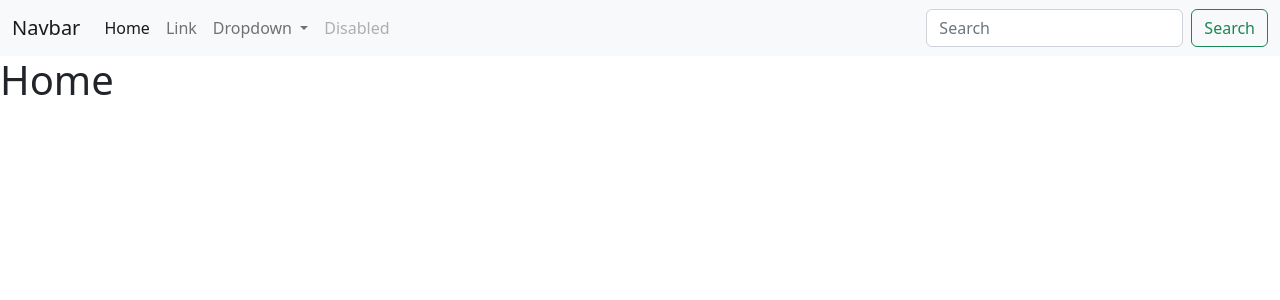
Repository: BlessingAjiboye/WEEK3SECNNN
Page: http://localhost/
An editor plug-in stored every save of this project. The page is shown before and after the next save, followed by the edit.
The browser window is 1280 px wide. The pictures show the whole page.
The page is served by the project's Node server (server.js). Other server files are loaded and not shown.

Above is the page before, as saved 2022-09-22 09:26:22.

### views/index.ejs
<!DOCTYPE html>
<html lang="en">
<head>
  <meta charset="UTF-8">
  <meta http-equiv="X-UA-Compatible" content="IE=edge">
  <meta name="viewport" content="width=device-width, initial-scale=1.0">
  <title><%= title %></title>
  <link rel='stylesheet' href='/Content/app.css' />
  <link rel="stylesheet"href="/bootstrap/dist/css/bootstrap.min.css">
  <link rel="stylesheet"href="/@fortawesome/fontawesome-free/css/all.min.css">
</head>
<body>
  <nav class="navbar navbar-expand-lg bg-light">
    <div class="container-fluid">
      <a class="navbar-brand" href="#">Navbar</a>
      <button class="navbar-toggler" type="button" data-bs-toggle="collapse" data-bs-target="#navbarSupportedContent" aria-controls="navbarSupportedContent" aria-expanded="false" aria-label="Toggle navigation">
        <span class="navbar-toggler-icon"></span>
      </button>
      <div class="collapse navbar-collapse" id="navbarSupportedContent">
        <ul class="navbar-nav me-auto mb-2 mb-lg-0">
          <li class="nav-item">
            <a class="nav-link active" aria-current="page" href="#">Home</a>
          </li>
          <li class="nav-item">
            <a class="nav-link" href="#">Link</a>
          </li>
          <li class="nav-item dropdown">
            <a class="nav-link dropdown-toggle" href="#" role="button" data-bs-toggle="dropdown" aria-expanded="false">
              Dropdown
            </a>
            <ul class="dropdown-menu">
              <li><a class="dropdown-item" href="#">Action</a></li>
              <li><a class="dropdown-item" href="#">Another action</a></li>
              <li><hr class="dropdown-divider"></li>
              <li><a class="dropdown-item" href="#">Something else here</a></li>
            </ul>
          </li>
          <li class="nav-item">
            <a class="nav-link disabled">Disabled</a>
          </li>
        </ul>
        <form class="d-flex" role="search">
          <input class="form-control me-2" type="search" placeholder="Search" aria-label="Search">
          <button class="btn btn-outline-success" type="submit">Search</button>
        </form>
      </div>
    </div>
  </nav>
  <h1><%= title %></h1>

  <script src="/jquery/dist/jquery.min.js"></script>
  <script src="/bootstrap/dist/js/bootstrap.min.js"></script>
  <script src="/Scripts/app.js"></script>
</body>
</html>

### server.js
#!/usr/bin/env node

/**
 * Module dependencies.
 */

var app = require('./app');
var debug = require('debug')('week3sec002n:server');
var http = require('http');

/**
 * Get port from environment and store in Express.
 */

var port = normalizePort(process.env.PORT || '3000');
app.set('port', port);

/**
 * Create HTTP server.
 */

var server = http.createServer(app);

/**
 * Listen on provided port, on all network interfaces.
 */

server.listen(port);
server.on('error', onError);
server.on('listening', onListening);

/**
 * Normalize a port into a number, string, or false.
 */

function normalizePort(val) {
  var port = parseInt(val, 10);

  if (isNaN(port)) {
    // named pipe
    return val;
  }

  if (port >= 0) {
    // port number
    return port;
  }

  return false;
}

/**
 * Event listener for HTTP server "error" event.
 */

function onError(error) {
  if (error.syscall !== 'listen') {
    throw error;
  }

  var bind = typeof port === 'string'
    ? 'Pipe ' + port
    : 'Port ' + port;

  // handle specific listen errors with friendly messages
  switch (error.code) {
    case 'EACCES':
      console.error(bind + ' requires elevated privileges');
      process.exit(1);
      break;
    case 'EADDRINUSE':
      console.error(bind + ' is already in use');
      process.exit(1);
      break;
    default:
      throw error;
  }
}

/**
 * Event listener for HTTP server "listening" event.
 */

function onListening() {
  var addr = server.address();
  var bind = typeof addr === 'string'
    ? 'pipe ' + addr
    : 'port ' + addr.port;
  debug('Listening on ' + bind);
}

### routes/index.js
var express = require('express');
var router = express.Router();

/* GET home page. */
router.get('/', function(req, res, next) {
  res.render('index', { title: 'Home' });
});
router.get('/about', function(req, res, next) {
  res.render('index', { title: 'About' });
});
router.get('/Products', function(req, res, next) {
  res.render('index', { title: 'Products' });
});
router.get('/Services', function(req, res, next) {
  res.render('index', { title: 'Services' });
});
router.get('/Contact', function(req, res, next) {
  res.render('index', { title: 'Contact' });
});

module.exports = router;

### app.js
let createError = require('http-errors');
let express = require('express');
let path = require('path');
let cookieParser = require('cookie-parser');
let logger = require('morgan');

let indexRouter = require('./routes/index');
let usersRouter = require('./routes/users');

let app = express();

// view engine setup
app.set('views', path.join(__dirname, 'views'));
app.set('view engine', 'ejs');

app.use(logger('dev'));
app.use(express.json());
app.use(express.urlencoded({ extended: false }));
app.use(cookieParser());
app.use(express.static(path.join(__dirname, 'public')));
app.use(express.static(path.join(__dirname, 'node_modules')));

app.use('/', indexRouter);
app.use('/users', usersRouter);

// catch 404 and forward to error handler
app.use(function(req, res, next) {
  next(createError(404));
});

// error handler
app.use(function(err, req, res, next) {
  // set locals, only providing error in development
  res.locals.message = err.message;
  res.locals.error = req.app.get('env') === 'development' ? err : {};

  // render the error page
  res.status(err.status || 500);
  res.render('error');
});

module.exports = app;

### public/Content/app.css
/*custom css goes here*/

### public/Scripts/app.js
(function(){
    function start()
    {
        console.log("App started...");
    }
    window.addEventListener("load",start);
})();

After the next save:
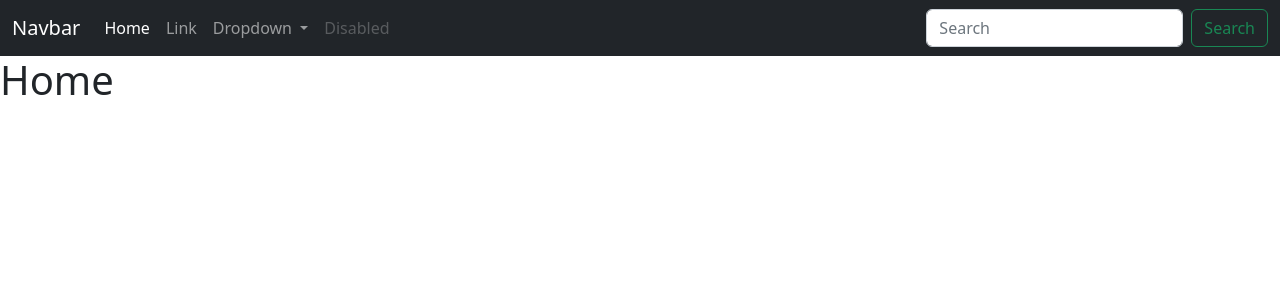
Saved 113 s later.
--- a/views/index.ejs
+++ b/views/index.ejs
@@ -10,7 +10,7 @@
   <link rel="stylesheet"href="/@fortawesome/fontawesome-free/css/all.min.css">
 </head>
 <body>
-  <nav class="navbar navbar-expand-lg bg-light">
+  <nav class="navbar navbar-expand-lg navbar-dark bg-dark">
     <div class="container-fluid">
       <a class="navbar-brand" href="#">Navbar</a>
       <button class="navbar-toggler" type="button" data-bs-toggle="collapse" data-bs-target="#navbarSupportedContent" aria-controls="navbarSupportedContent" aria-expanded="false" aria-label="Toggle navigation">
